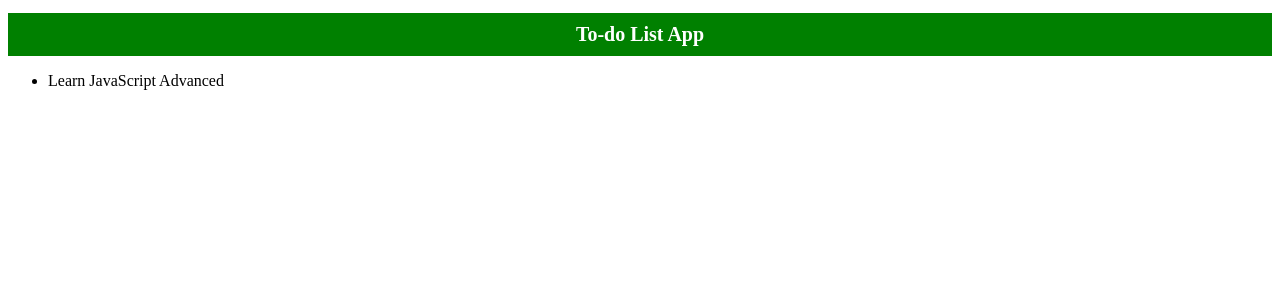
Repository: binhphanbp/WEB2064_JavaScript-Advanced_WD20305
Page: lesson4/lesson4.html
These files come from the project's save history. The page is drawn as it stood at one moment and after the next save; the edit follows.
The browser window is 1280 px wide. The pictures show the whole page.

Above is the page before, as saved 2025-09-22 13:03:57.

### lesson4/lesson4.html
<!DOCTYPE html>
<html lang="en">
  <head>
    <meta charset="UTF-8" />
    <meta name="viewport" content="width=device-width, initial-scale=1.0" />
    <title>Document</title>

    <style>
      .styleH1 {
        padding: 10px;
        text-align: center;
      }

      .anotherStyleH1 {
        box-shadow: 5px 5px 10px gray;
      }
    </style>
  </head>
  <body>
    <h1 id="h1Tag">To-do List App</h1>
    <div id="divTodo"></div>
    <ul id="ulTag"></ul>

    <script>
      const h1Tag = document.getElementById('h1Tag');
      const divTodo = document.getElementById('divTodo');
      const ulTag = document.getElementById('ulTag');

      // 1. Sử dụng style
      h1Tag.style = 'background-color: green; color: white';
      h1Tag.style.fontSize = '20px';

      // 2. Sử dụng với className
      h1Tag.className = 'styleH1';

      // 3. Sử dụng classList
      h1Tag.classList.add('anotherStyleH1');
      h1Tag.classList.remove('anotherStyleH1');

      // 4. Thêm một phần tử mới
      const liTag = document.createElement('li');
      liTag.innerText = 'Learn JavaScript Advanced';
      ulTag.appendChild(liTag);
    </script>
  </body>
</html>

After the next save:
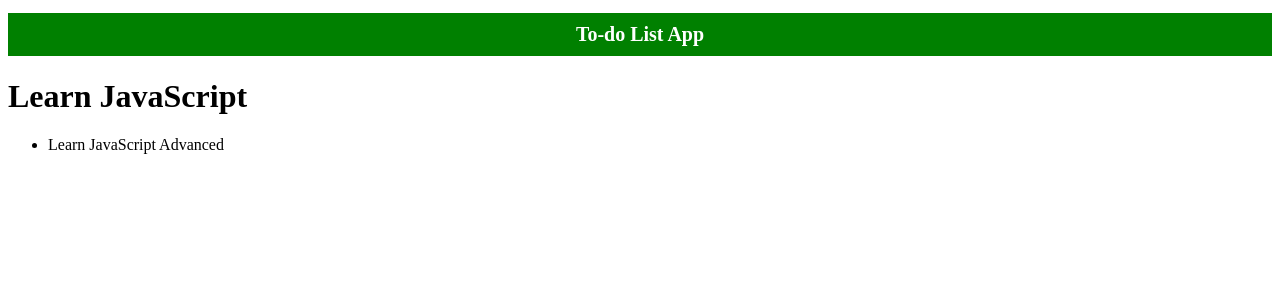
Saved 11 s later.
--- a/lesson4/lesson4.html
+++ b/lesson4/lesson4.html
@@ -41,6 +41,9 @@
       const liTag = document.createElement('li');
       liTag.innerText = 'Learn JavaScript Advanced';
       ulTag.appendChild(liTag);
+
+      // 5. Sử dụng innerHTML
+      divTodo.innerHTML = '<h1>Learn JavaScript</h1>';
     </script>
   </body>
 </html>
